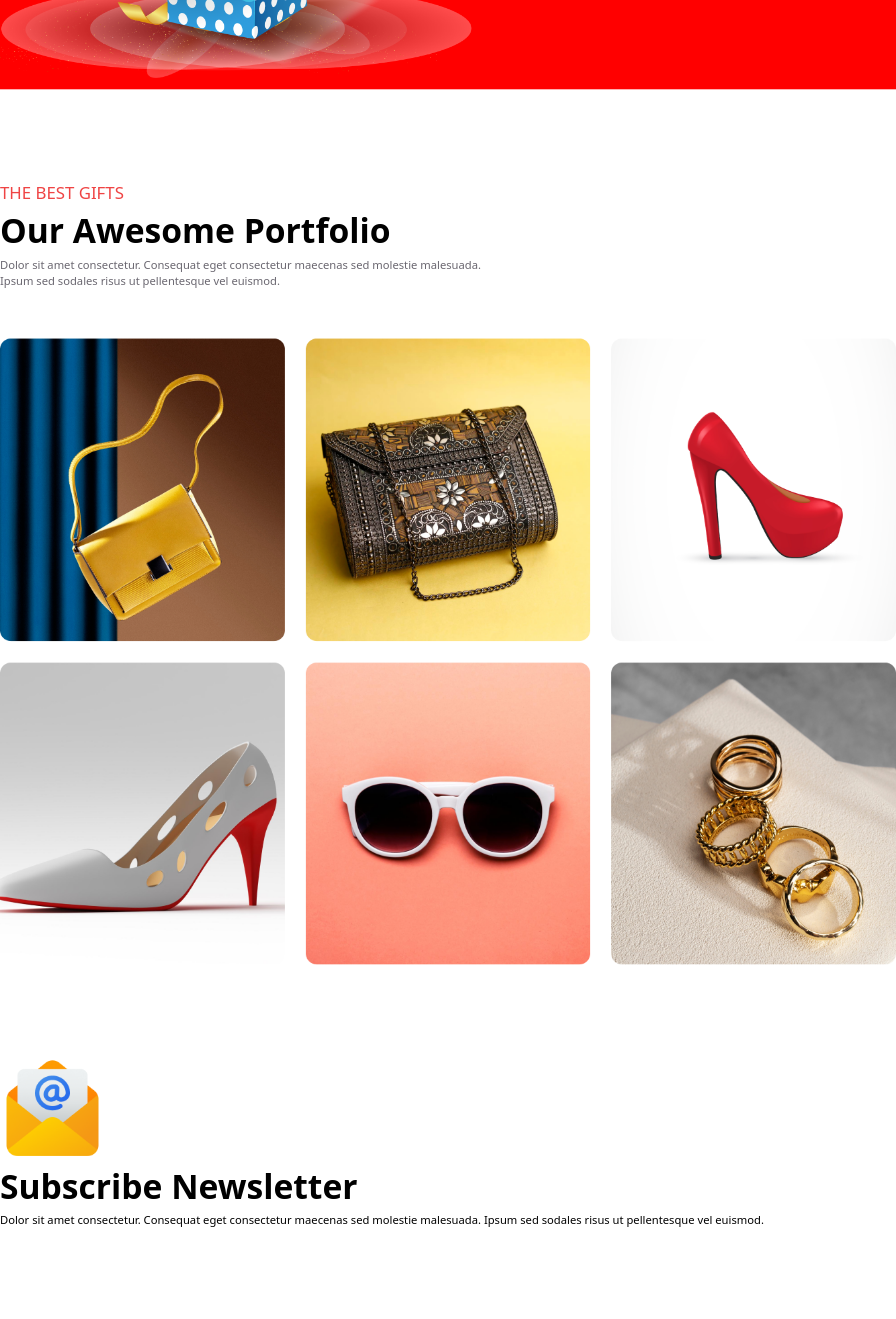
Repository: nahid-hasann/landing-page-1
Page: index.html
These files come from the project's save history. The page is drawn as it stood at one moment and after the next save; the edit follows.
The browser window is 1280 px wide. The pictures show the part of the page from y = 4412 to 6332 px (the page is 6296 px tall before and 6332 px after), at 70% of full size.
Some web libraries are served in a nearby version.

Above is the page before, as saved 2025-07-09 21:54:16.

### index.html
<!DOCTYPE html>
<html lang="en">
<head>
    <meta charset="UTF-8">
    <meta name="viewport" content="width=device-width, initial-scale=10">
    <title>Document</title>
    <link rel="stylesheet" href="style.css">
    <script src="https://cdn.tailwindcss.com"></script>

</head>
<body>

<main class="main">

  <section>
      <div class="banner">

        <h6 style="color: white; text-align: center;">Happy New Year</h6>
        <h1 style="color: white; text-align: center;">New Year Party Celebration</h1>

    </div>
  </section>

<section class="discount-section">
      <div class="discount">

      <h1 class="discount-of">65% OFF</h1>
      <br>
      <br>
      <br>
      <p class="discount-p">OUR HOLIDAY DEALS ARE BETTER</p>
      <br>
      <h4 class="discount-h">ALL CATEGORIES</h4>
      <br>
      <img style="width: 802px; text-align: center; margin: auto;" src="images/New Year Photo.png" alt="">

  </div>
</section>

<section class="midnight-party">
      <div>
        <h1 style="font-size: 64px; color: white;">Welcome to midnight party</h1>
        <br>
        <p style="font-size: 18px; color: #b09f7c;">Dolor sit amet consectetur. Consequat eget consectetur maecenas sed molestie malesuada. Ipsum sed sodales risus ut pellentesque vel euismod. </p>
        <br>
        <p style="font-size: 20px ; font-weight: 700; color: white;">Join Now</p>
      </div>

      <img src="images/Group 70.png" alt="">

</section >

<section class=" offer">

         <p style="font-size: 30px;"><span style="color: red; font-size: 30px;">Place:</span> New Park Hotel</p>
         <br>
         <p style="font-size: 30px;"><span style="color: red; font-size: 30px;">Date:</span> 31 December Night 2023</p>
         <br>
         <p style="font-size: 30px;"><span style="color: red; font-size: 30px;">Time:</span> Evening 7.30 pm to 12.30 am</p>
         <br>
         <br>
         <button class="btn">Join Now</button>

</section>


<section class="new-best-offer">

<div class="new-offer1">
  <p style="font-size: 24px; color: red;">NEW BEST OFFER</p>
  <br>
  <h1 style="font-size: 48px;">Coming Soon</h1>
  <br>
  <p style="font-size: 20px ; color: rgba(7, 2, 17, 0.6);">Dolor sit amet consectetur. Consequat eget consectetur maecenas sed molestie malesuada. Ipsum sed sodales risus ut pellentesque vel euismod. </p>
</div>

<div style="padding-right: 100px;" class="new-offer2">
    <div class="circle-border">
      <img style="width: 364px; " src="images/Ellipse 1.png" alt="">
    </div>
</div>

<div class="new-offer3">
      <h2>2024</h2>
      <p>Dolor sit amet consectetur. Consequat eget consectetur maecenas sed.</p>
      <img src="images/Group 96.png" alt="">
</div>

</section>


<section class="holidays">

  <div>
    <p style="font-size: 24px ; text-align: center;">WHAT IS FUNCTIONAL</p>
    <br>
    <h1 style="font-size: 72px; text-align: center;"><span style="color: red; text-align: center;">Holidays</span> Sale 50%</h1>
    <br>
    <p style="text-align: center; font-size: 18px ; padding: 0px 100px;">Dolor sit amet consectetur. Consequat eget consectetur maecenas sed <br>
molestie malesuada. Ipsum sed  sodales risus ut pellentesque vel euismod. Eleifend nunc purus quam id <br> fermentum amet amet sit consectetur.</p>
  </div>

  <div class="holidays-img">
    <img class="img1" src="images/Group 75.png" alt="">
    <img class="img2" src="images/Group 44.png" alt="">
  </div>


</section>


<section class="img-show mb-[130px]">

   <div>
    <p class="text-red-500  text-[24px]">THE BEST GIFTS</p>
    <h1 class="text-[48px] font-bold">Our Awesome Portfolio</h1>
    <p class="text-[rgba(7,2,17,0.6)]">Dolor sit amet consectetur. Consequat eget consectetur maecenas sed molestie malesuada. <br>
    Ipsum sed sodales risus ut pellentesque vel euismod. </p>
   </div>

   <div class="img-show-1">
    <img src="images/Rectangle 3.png" alt="">
    <img src="images/Rectangle 4.png" alt="">
    <img src="images/Rectangle 5.png" alt="">
    <img src="images/Rectangle 6.png" alt="">
    <img src="images/Rectangle 7.png" alt="">
    <img src="images/Rectangle 8.png" alt="">
   </div>

</section>

<section class="subscrib-news-latter mb-[130px]">
     <div>
      <img class="w-[150px] h-[150px]" src="images/Group 61.png" alt="">
      <h1 class="text-[48px] font-bold">Subscribe Newsletter</h1>
      <p class="text-[]">Dolor sit amet consectetur. Consequat eget consectetur maecenas sed molestie malesuada. Ipsum sed sodales risus ut pellentesque vel euismod. </p>
     </div>
</section>

</main>





</body>
</html>

### style.css
*{
    margin: 0;
    padding: 0;
    box-sizing: border-box;
}

.main{
    max-width: 1320px;
    margin: auto;
}

.banner{
    background: linear-gradient(rgba(0, 0, 0, 0.5), rgba(0, 0, 0, 0.5)), url(images/banner.png);
    background-repeat: no-repeat;
    background-size: cover;
    background-position: center;
    margin: 20px auto;
    height: 600px;
    display: flex;
    flex-direction: column;
    justify-content: center;
    border-radius: 15px;

}

.banner h1 {
   font-size: 72px;
}

.banner h6{
    font-size: 32px;
}

.discount{
    display: flex;
    flex-direction: column;
    justify-content: center;
    align-items: center;
}

.discount-of{
    font-size: 88px;
    color: red;
}

.discount-p{
    font-size: 24px ;
    color: red;

}

.discount-h{
    font-size: 48px;
}

.discount-section{
    margin: 130px 0;
}

.midnight-party{
    display: flex;
    justify-content: space-around;
    background: linear-gradient(rgba(0, 0, 0, 0.5), rgba(0, 0, 0, 0.5)), url('images/Vectorrr.png');
    align-items: center;
    padding: 40px 100px;
    border-radius: 10px;
    gap: 40px;
    margin-bottom: 130px;
}

.offer{
    background: linear-gradient(to bottom, #ffeaea, #ffffff);
    padding: 100px;
    display: flex;
    flex-direction: column;
    align-items: center;
    margin-bottom: 130px;
    border-radius: 10px;
}

.btn{
    padding: 13px 24px;
    border: none;
    background-color: red;
    border-radius: 5px;
}

.new-best-offer{
    display: flex;
    gap: 50px;
    align-items: center;
    justify-content: space-between;
    margin: 130px auto;
}

.new-offer2 .circle-border{
    width: 500px;
    height: 500px;
    border-radius: 50%;
    display: flex;
    justify-content: center;
    background: transparent;
    align-items: center;
    border: 20px solid red;

}

.new-offer2 img {
    width: 90%;                 /* Size adjust */
    height: auto;
    object-fit: cover;          /* Maintain image aspect */
}

.holidays{
    margin-bottom: 130px;
}

.img1{
    width: 674px;
}

.img2{
    width: 200px;
    margin-bottom: 300px;
    margin-right: 70px;
}

.holidays-img{
    background-image: url('images/rectangle.png');
    background-repeat: no-repeat;
    background-position: center bottom;
    display: flex;
    justify-content: space-between;
    align-items: flex-end;
    margin-top: 50px;
}

.img-show-1{

    display: grid;
    grid-template-columns: 1fr 1fr 1fr;
    column-gap: 30px;
    row-gap: 30px;
    margin-top: 70px;
}

After the next save:
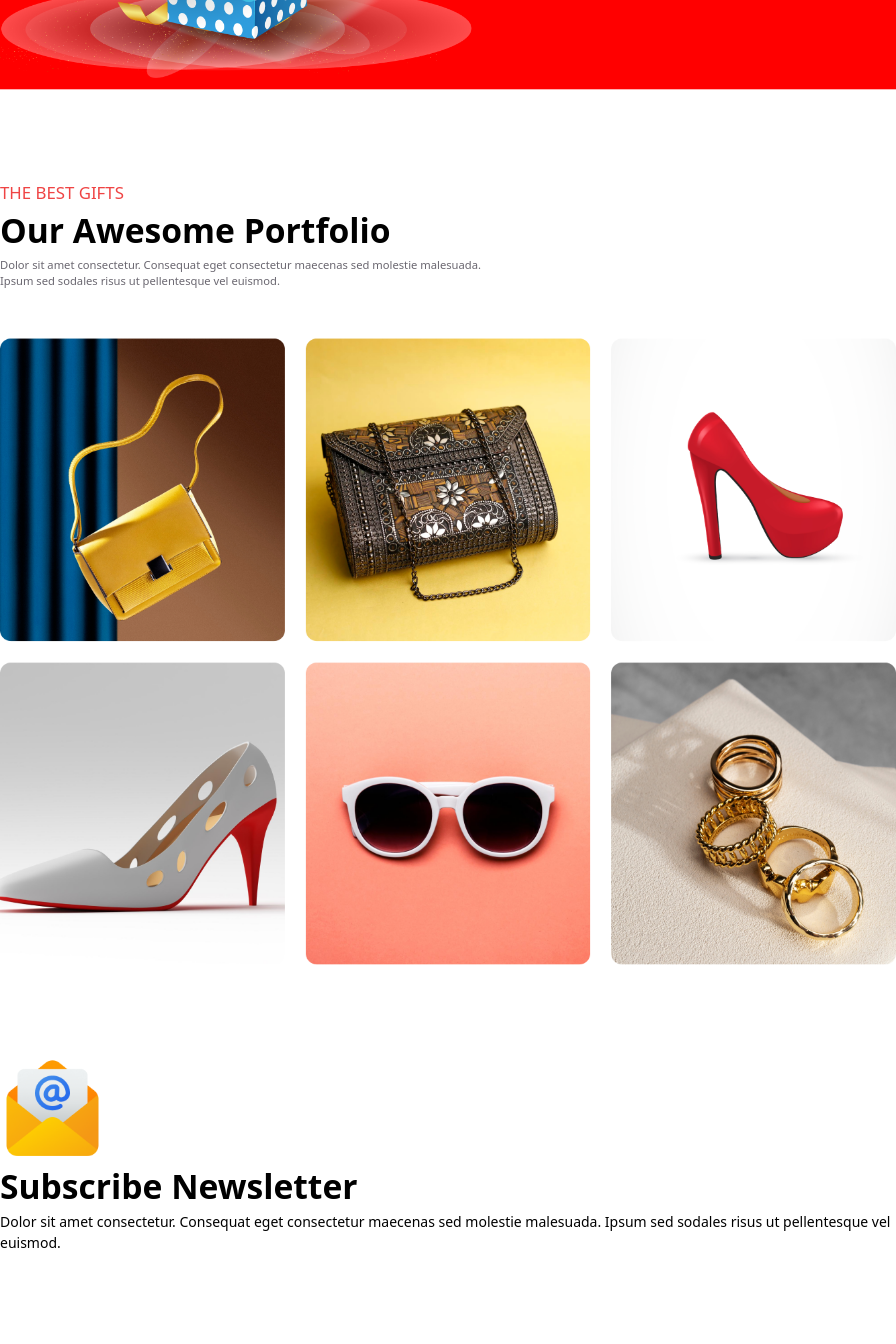
Saved 6 s later.
--- a/index.html
+++ b/index.html
@@ -133,7 +133,7 @@ molestie malesuada. Ipsum sed  sodales risus ut pellentesque vel euismod. Eleife
      <div>
       <img class="w-[150px] h-[150px]" src="images/Group 61.png" alt="">
       <h1 class="text-[48px] font-bold">Subscribe Newsletter</h1>
-      <p class="text-[]">Dolor sit amet consectetur. Consequat eget consectetur maecenas sed molestie malesuada. Ipsum sed sodales risus ut pellentesque vel euismod. </p>
+      <p class="text-[20px]">Dolor sit amet consectetur. Consequat eget consectetur maecenas sed molestie malesuada. Ipsum sed sodales risus ut pellentesque vel euismod. </p>
      </div>
 </section>
 
